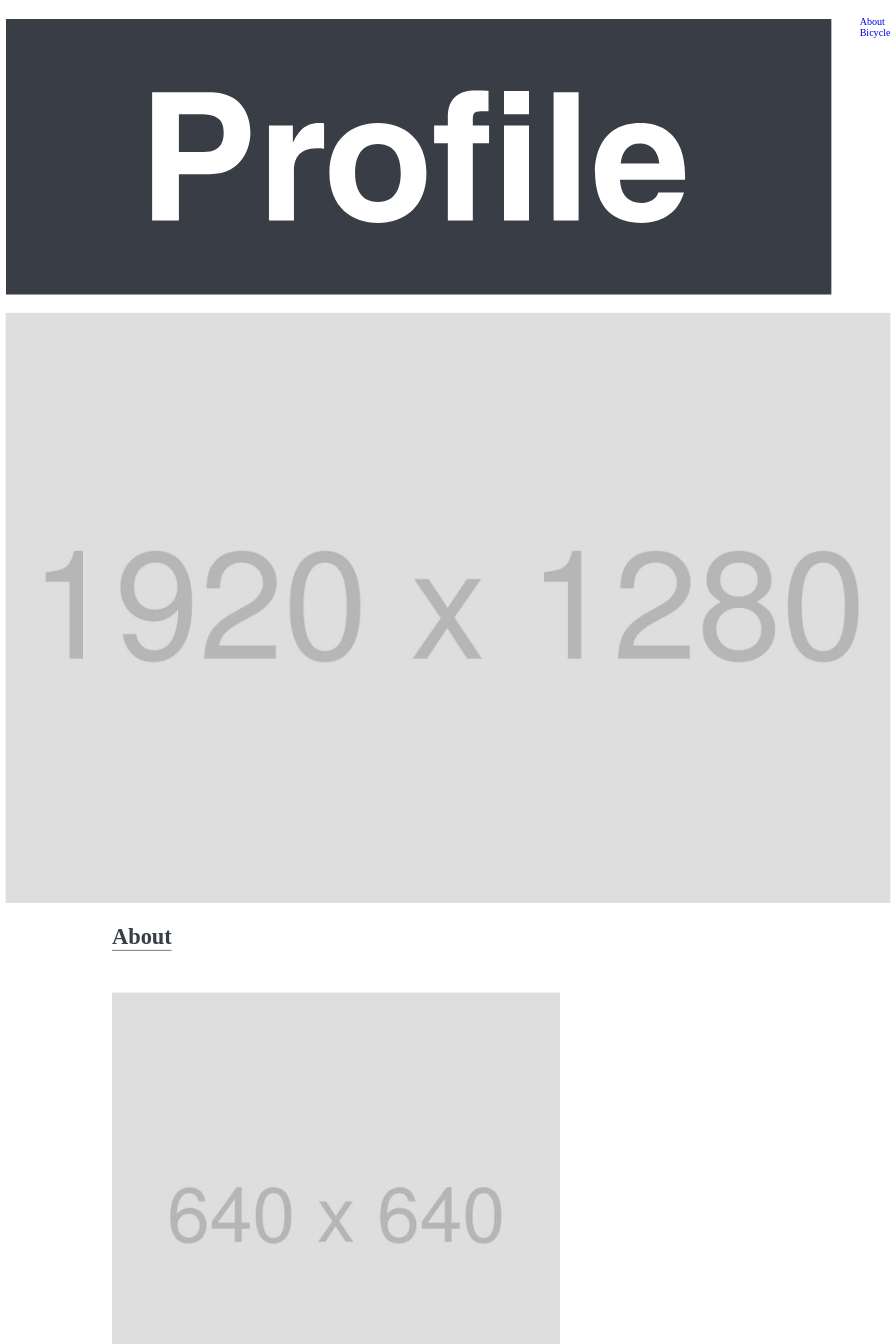
Repository: Fuki-san/bicycle
Page: http://localhost/profile
These files come from the project's save history. The page is drawn as it stood at one moment and after a run of saves; the edit follows.
The browser window is 1280 px wide. The pictures show the part of the page from y = 0 to 1920 px (the page is 4322 px tall), at 70% of full size.
The page is served by the project's Laravel application, run on PHP 8.4 with Laravel 10.

Above is the page before, as saved 2023-11-18 15:06:06.

After the next 2 saves:
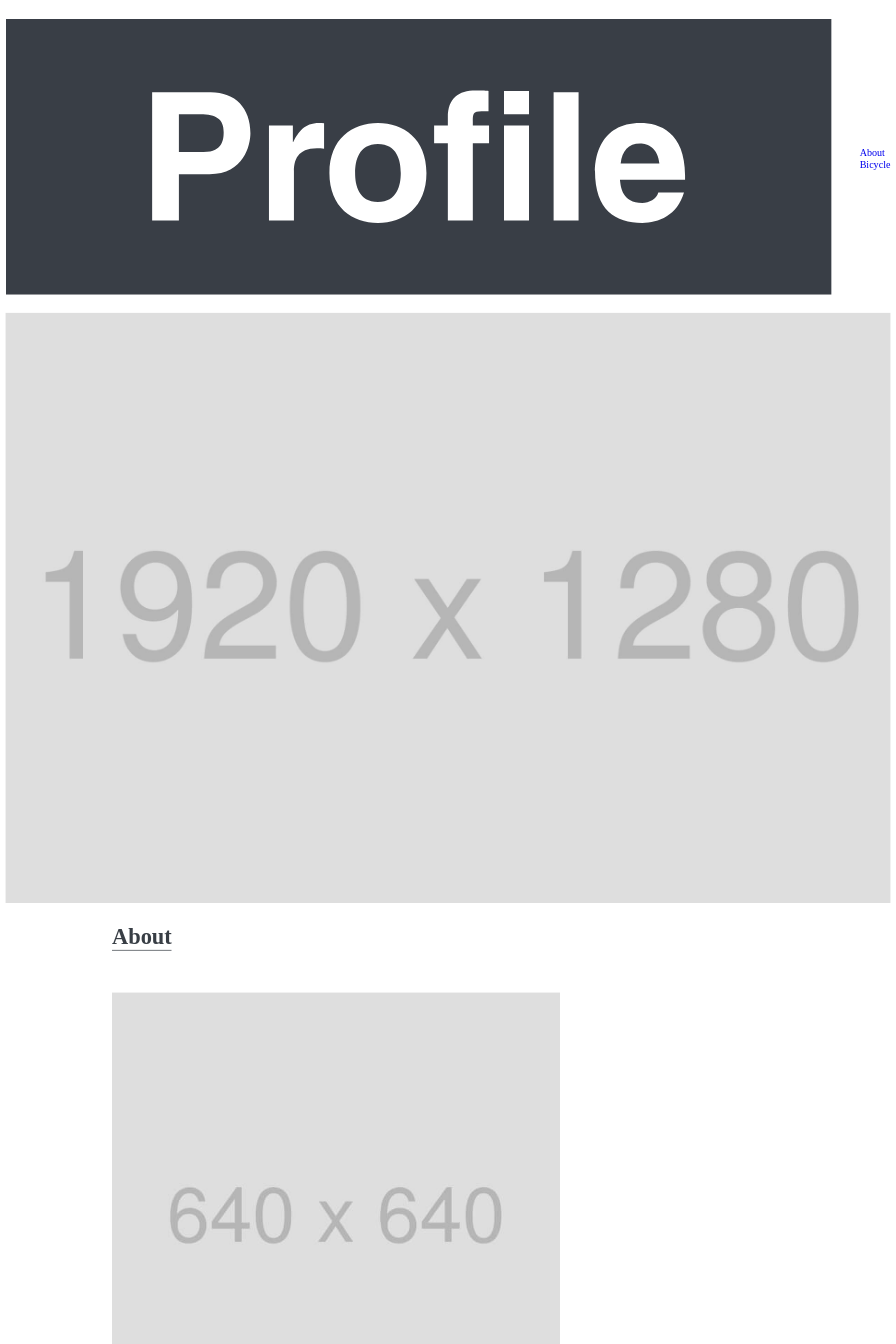
The 2 saves are shown as one change because they came seconds apart.
The last was saved 24 s later.
--- a/public/css/style.css
+++ b/public/css/style.css
@@ -53,6 +53,6 @@
 #header{
     display: flex;
     justify-content: space-between;
-    justify-items: center;
+    align-items: center;
 
 }
